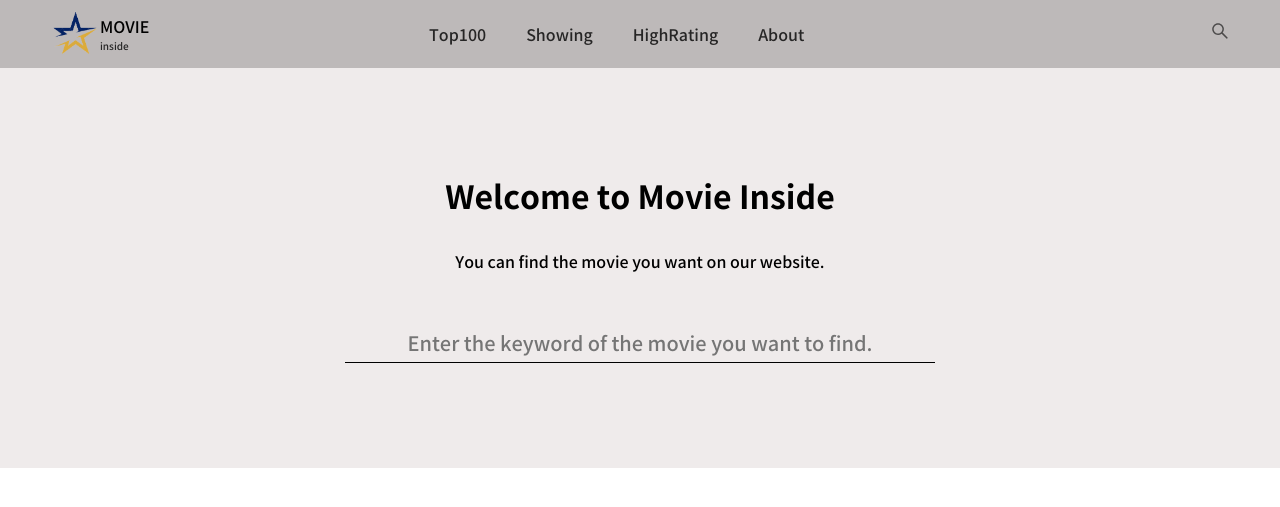
Repository: yangddoddi/Movie-Inside
Page: /
These files come from the project's save history. The page is drawn as it stood at one moment and after the next save; the edit follows.
The browser window is 1280 px wide. The pictures show the whole page.
The project was rebuilt for these pictures with package versions that can differ from the ones it lists, and the page was loaded fresh each time. Also part of the build but not shown: src/App.css, src/routes/Detail.js.

Above is the page before, as saved 2022-05-02 18:46:53.

After the next save:
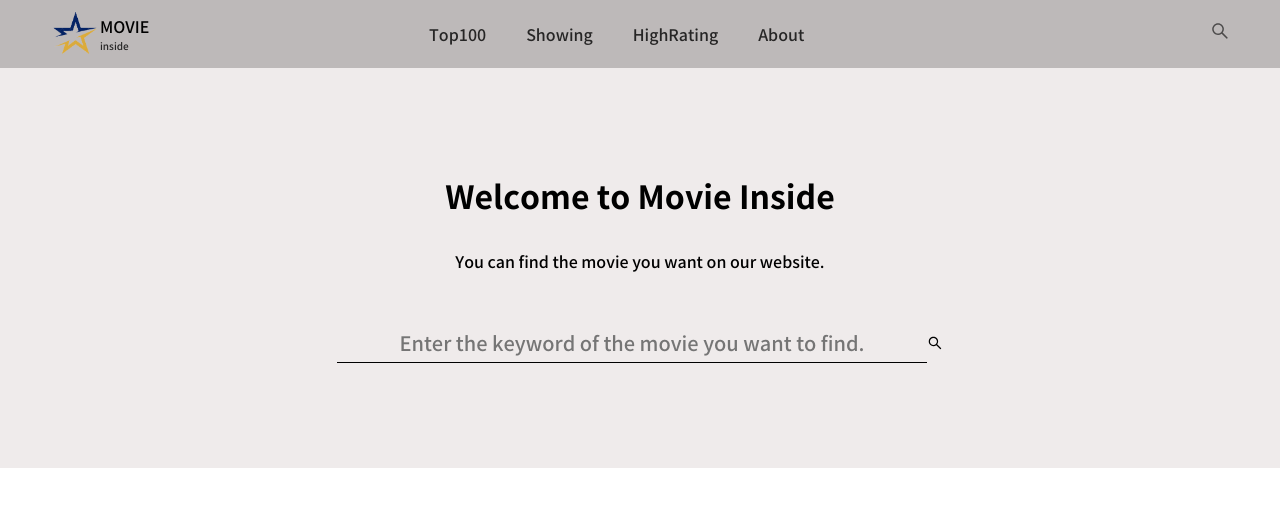
Saved 33 s later.
--- a/src/components/Main/Jumbotron.js
+++ b/src/components/Main/Jumbotron.js
@@ -1,5 +1,6 @@
 import React from "react";
 import styles from "./Jumbotron.module.scss";
+import { AiOutlineSearch } from "react-icons/ai";
 
 export const Jumbotron = () => {
   return (
@@ -12,6 +13,9 @@
             className={styles.search}
             placeHolder="Enter the keyword of the movie you want to find."
           />
+          <label>
+            <AiOutlineSearch />
+          </label>
         </form>
       </div>
     </div>
